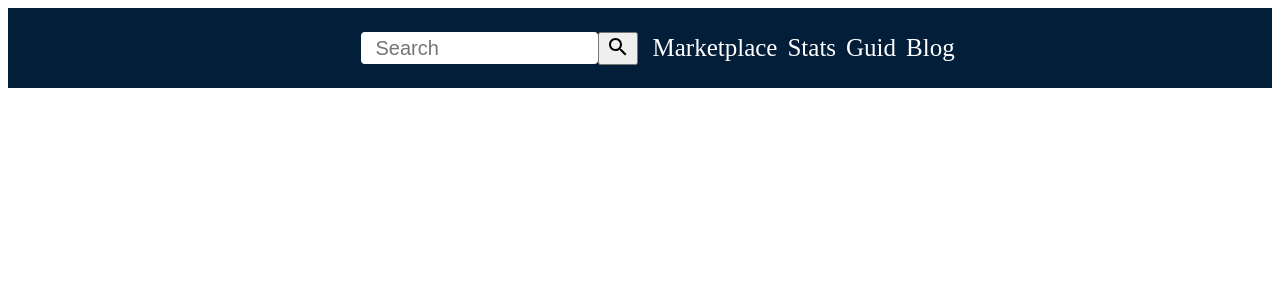
Repository: cvsschaitanya/test
Page: /
An editor plug-in stored every save of this project. The page is shown before and after a run of saves, followed by the edit.
The browser window is 1280 px wide. The pictures show the whole page.
The project was rebuilt for these pictures with package versions that can differ from the ones it lists, and the page was loaded fresh each time.

Above is the page before, as saved 2021-10-20 23:23:18.

After the next 2 saves:
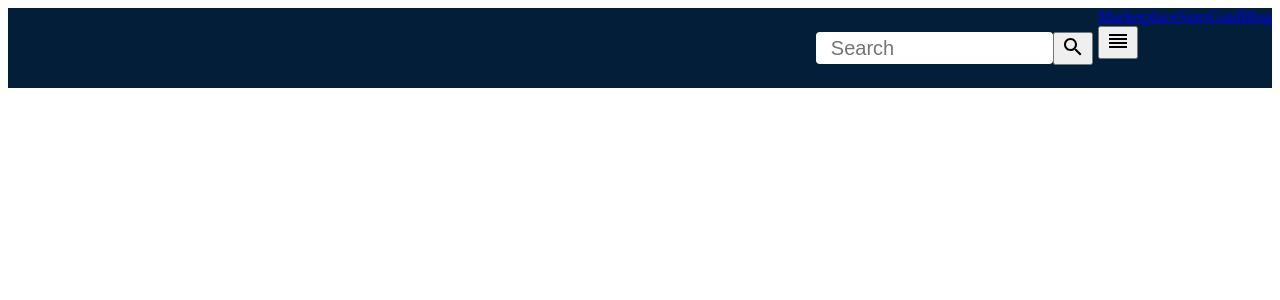
The 2 saves are shown as one change because they came seconds apart.
The last was saved 16 s later.
--- a/src/components/NavBar.css
+++ b/src/components/NavBar.css
@@ -9,33 +9,6 @@
     height: 80px;
     position: relative;
     display:flex;
-}
-
-.NavBar .Right{
-    flex: 50%;
-    display: flex;
-    justify-content: left;
-    align-items: center;
-}
-
-.NavBar .Right .links{
-    max-height: 80px;
-}
-
-.NavBar .Right .links a{
-    text-decoration: none;
-    color: white;
-    font-size: 25px;
-    margin-left: 10px;
-}
-
-.NavBar .Right #hidden{
-    display: flex;
-}
-
-.NavBar .Right button{
-    display: none;
-    margin-left:20px;
 }
 
 .NavBar .Left{

After the 2 saves that followed:
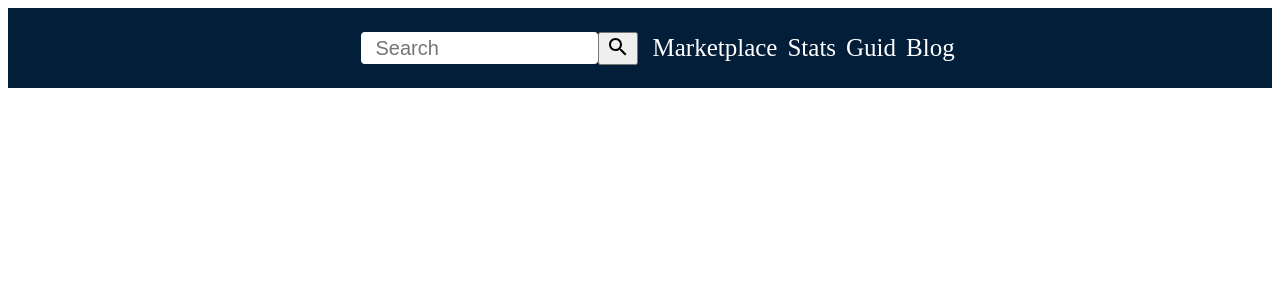
The 2 saves are shown as one change because they came seconds apart.
The last was saved 7 s later.
--- a/src/components/NavBar.css
+++ b/src/components/NavBar.css
@@ -29,6 +29,32 @@
     color: black;
 }
 
+.NavBar .Right{
+    flex: 50%;
+    display: flex;
+    justify-content: left;
+    align-items: center;
+}
+
+.NavBar .Right .links{
+    max-height: 80px;
+}
+
+.NavBar .Right .links a{
+    text-decoration: none;
+    color: white;
+    font-size: 25px;
+    margin-left: 10px;
+}
+
+.NavBar .Right #hidden{
+    display: flex;
+}
+
+.NavBar .Right button{
+    display: none;
+    margin-left:20px;
+}
 
 @media only screen and (max-width: 750px){
     .NavBar .Right button{
